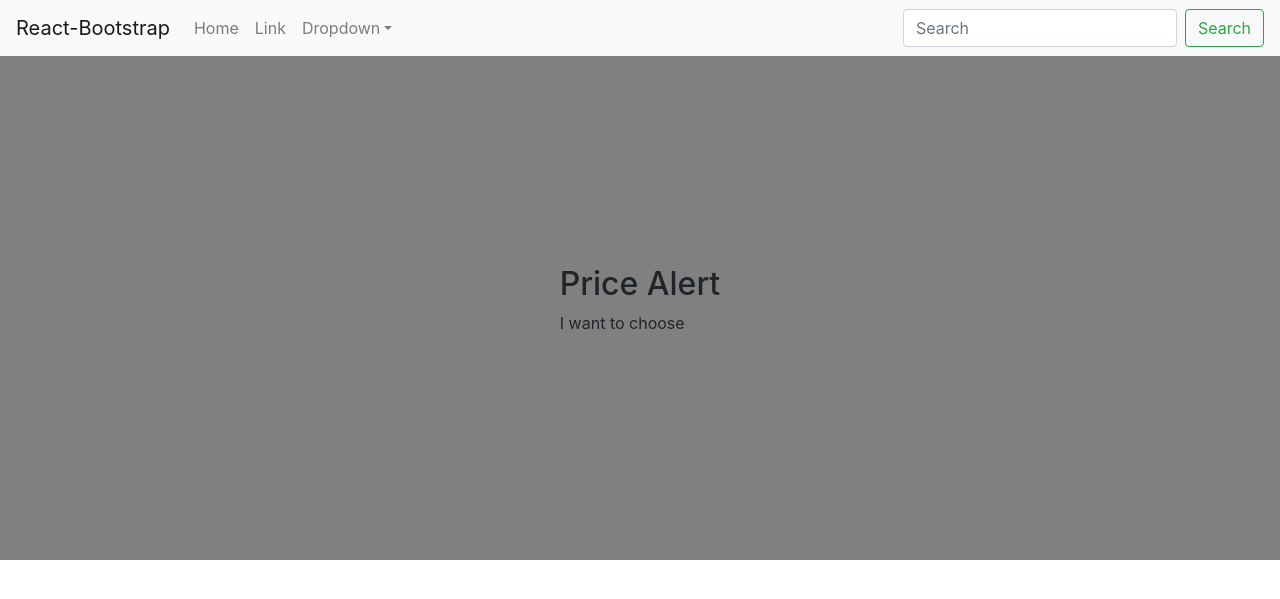
Repository: flychicken123/PriceAlertFront
Page: /
An editor plug-in stored every save of this project. The page is shown before and after the next save, followed by the edit.
The browser window is 1280 px wide. The pictures show the whole page.
The project was rebuilt for these pictures with package versions that can differ from the ones it lists, and the page was loaded fresh each time. Also part of the build but not shown: src/App.css.

Above is the page before, as saved 2021-03-05 20:20:32.

After the next save:
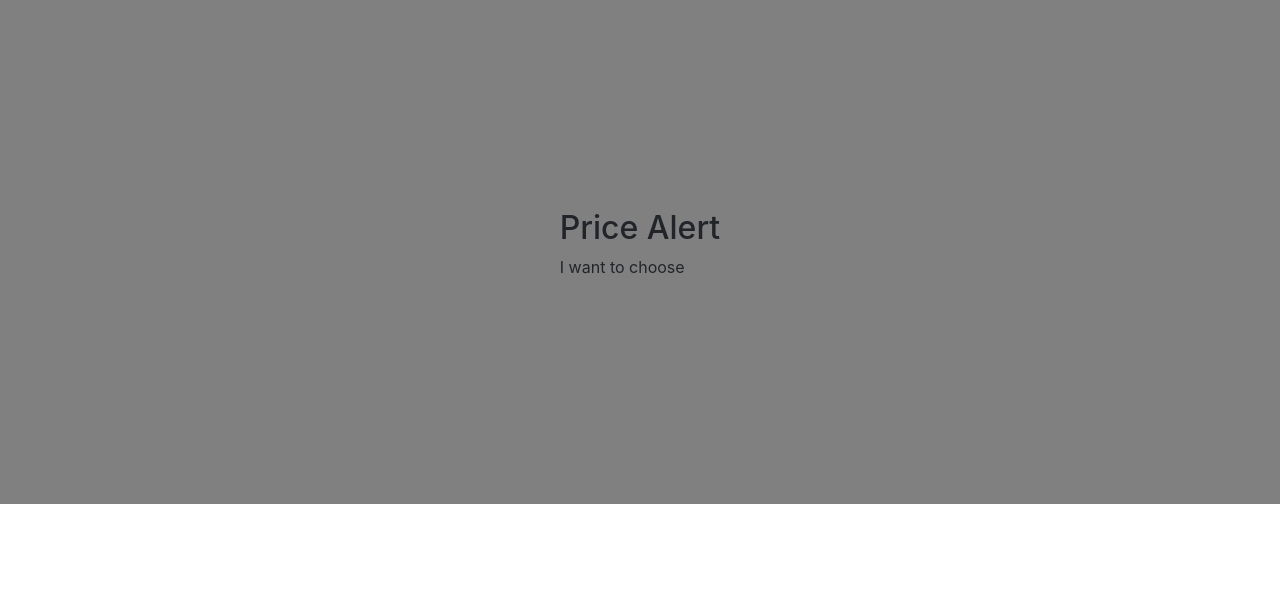
Saved 26 s later.
--- a/src/App.js
+++ b/src/App.js
@@ -6,7 +6,7 @@
 const App = () => {
   return (
     <Router>
-      <TopNavbar />
+      {/* <TopNavbar /> */}
       <Switch>
         <Route path='/' component={Home} />
       </Switch>

After the save that followed:
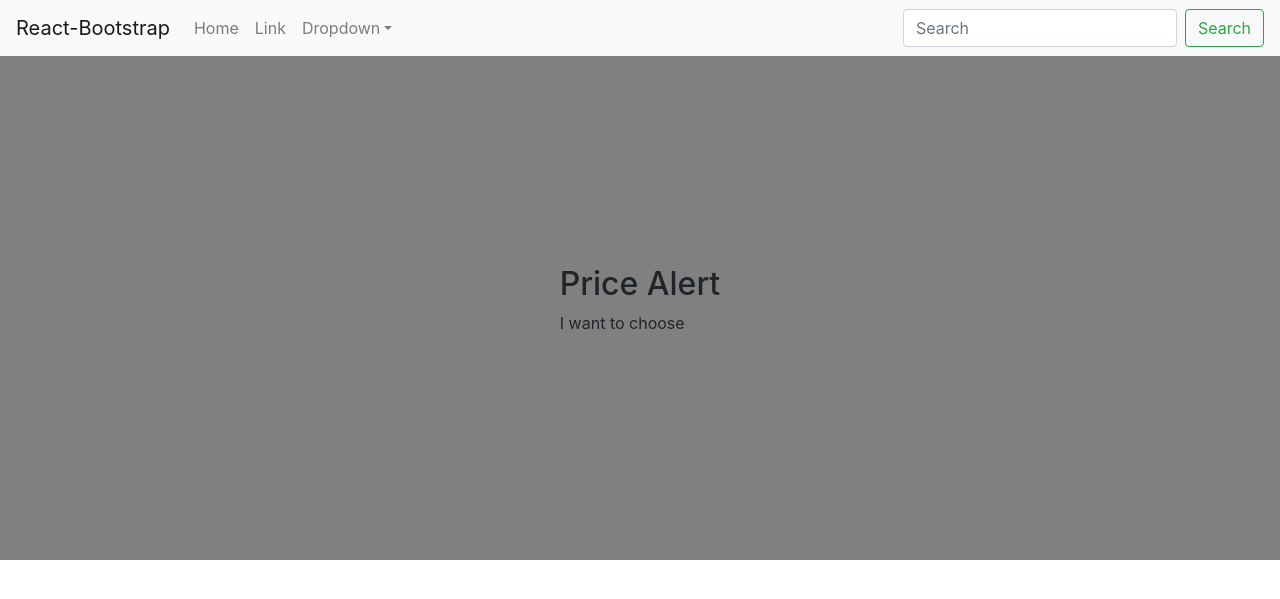
Saved 16 s later.
--- a/src/App.js
+++ b/src/App.js
@@ -6,7 +6,7 @@
 const App = () => {
   return (
     <Router>
-      {/* <TopNavbar /> */}
+      <TopNavbar />
       <Switch>
         <Route path='/' component={Home} />
       </Switch>
